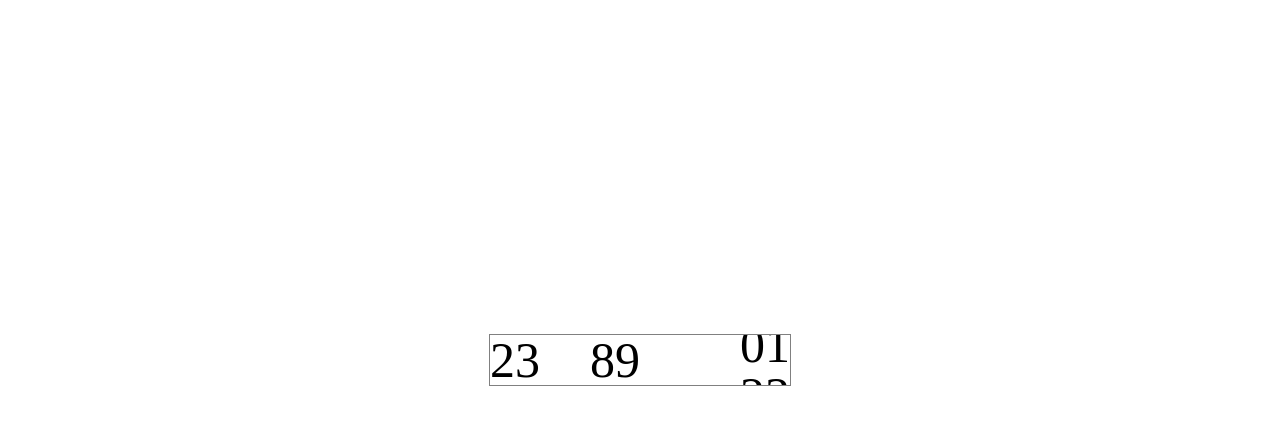
Repository: cbtpro/javascript
Page: src/animation-time/index.html
These files come from the project's save history. The page is drawn as it stood at one moment and after the next save; the edit follows.
The browser window is 1280 px wide. The pictures show the whole page.

Above is the page before, as saved 2023-04-05 17:39:28.

### src/animation-time/index.html
<!DOCTYPE html>
<html lang="zh" dir="ltr">

<head>
  <meta charset="utf-8">
  <title>动画时间</title>
  <style type="text/css">
    * {
      margin: 0;
      padding: 0;
    }
    html,
    body {
      margin: 0;
    }

    .container {
      position: absolute;
      font-size: 50px;
      /* box-sizing: border-box; */
      top: 50%;
      left: 50%;
      width: 300px;
      height: 1em;
      transform: translate(-50%, -50%);
      border: 1px gray solid;
      overflow: hidden;
    }

    .time-block {
      float: left;
      position: relative;
      font-size: 50px;
      width: 1em;
      line-height: 1em;
      text-align: center;
      word-wrap: break-word;
      transition: top 0.5s;
    }
  </style>
  <script type="text/javascript">
    /**
    * 生成安全随机数
    * @param {*} min 最小值（包含）
    * @param {*} max 最大值（包含）
    * @param {*} isFloat 是否带小数
    * @returns {number} 范围内随机数
    */
    const random = function (min = 0, max = 100, isFloat = false) {
      const array = new Uint32Array(1)
      const maxUint = 0xffffffff
      const randomNumber = crypto.getRandomValues(array)[0] / maxUint
      const randomRangeValue = (max - min + 1) * randomNumber + min
      return isFloat ? randomRangeValue : Math.floor(randomRangeValue)
    }
    // window.onload = () => {
    //   let timeBlocks = document.querySelectorAll('.time-block')
    //   setInterval(() => {
    //     let now = new Date()
    //     let timeStr = `${now.getHours()}${now.getMinutes()}${now.getSeconds()}`
    //     Array.from(timeStr, (num, i) => {
    //       let n = Number(num);
    //       timeBlocks.item(i).style.top = -83 * n + 'px';
    //     })
    //   }, 1000)
    // }
    const tick = (timeBlocks) => {
      let now = new Date()
      let timeStr = `${now.getHours()}${now.getMinutes()}${now.getSeconds()}`
      console.log(timeStr);
      Array.from(timeStr, (num, i) => {
        let n = Number(num);
        timeBlocks.item(i).style.top = -1 * n + 'em';
      })
    }
    const start = () => {
      let timeBlocks = document.querySelectorAll('.time-block')
      window.setTimeout(() => {
        tick(timeBlocks);
        start();
      }, 1000)
    };
    window.onload = () => {
      start();
    }
  </script>
</head>

<body>
  <div class="container">
    <div class="time-block">0123456789</div>
    <div class="time-block">0123456789</div>
    <div class="time-block">0123456789</div>
    <div class="time-block">0123456789</div>
    <div class="time-block">0123456789</div>
    <div class="time-block">0123456789</div>
  </div>
</body>

</html>

After the next save:
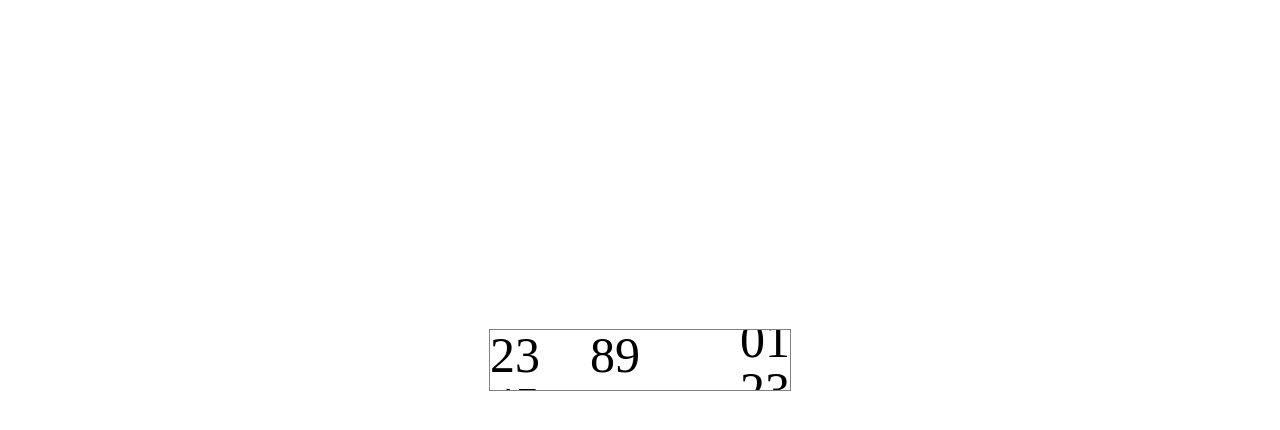
Saved 26 s later.
--- a/src/animation-time/index.html
+++ b/src/animation-time/index.html
@@ -16,7 +16,7 @@
 
     .container {
       position: absolute;
-      font-size: 50px;
+      font-size: 60px;
       /* box-sizing: border-box; */
       top: 50%;
       left: 50%;
